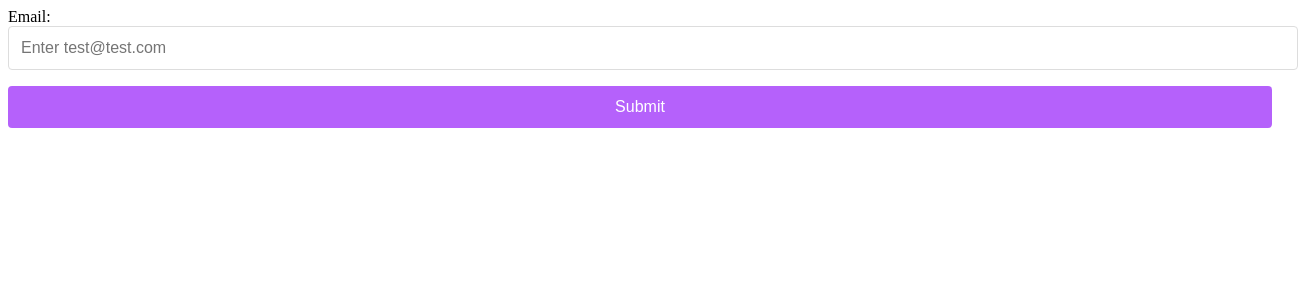
Repository: honexly/melbert-loginapp
Page: /
An editor plug-in stored every save of this project. The page is shown before and after the next save, followed by the edit.
The browser window is 1280 px wide. The page is 1298 px wide, then 1294 px, so the pictures cover 1298 px, including what lies to the right of the window. The pictures show the whole page.
The project was rebuilt for these pictures with package versions that can differ from the ones it lists, and the page was loaded fresh each time. Also part of the build but not shown: vue.config.js, src/pages/LoginPage.vue.

Above is the page before, as saved 2024-12-09 13:58:41.

### src/main.js
import Vue from 'vue'
import App from './App.vue'
import router from './route'

Vue.config.productionTip = false

new Vue({
  router,
  render: h => h(App),
}).$mount('#app')

### src/App.vue
<template>
  <div id="app">
    <form @submit.prevent="submitForm" class="email-form">
      <!-- Email Input -->
      <div class="form-group">
        <label for="email">Email:</label>
        <input
          type="email"
          id="email"
          v-model="email"
          placeholder="Enter test@test.com"
          class="input"
          :class="{ 'input-error': !isValidEmail && emailTouched }"
          @blur="emailTouched = true"
        />
        <p v-if="emailTouched && !isValidEmail" class="error-text">
          Please enter "test@test.com"
        </p>
      </div>

      <!-- Submit Button -->
      <button type="submit" :disabled="!isValidEmail" class="btn">
        Submit
      </button>
    </form>
  </div>
</template>
<script>
export default {
  data() {
    return {
      email: "",
      password: "",
      emailTouched: false, // Track whether the email input has been touched
      passwordTouched: false, // Track whether the password input has been touched
    };
  },
  computed: {
    isValidEmail() {
      // Email validation: required, must contain "@" and "."
      return /^[\w._%+-]+@[a-zA-Z0-9.-]+\.[a-zA-Z]{2,}$/.test(this.email);
    },
    isValidPassword() {
      // Password validation: required, minimum 8 characters
      return this.password.length >= 8;
    },
  },
  methods: {
    submitForm() {
      if (this.isValidEmail && this.isValidPassword) {
        alert("Form submitted!");
        // Handle form submission logic here (e.g., send data to server)
      }
    },
  },
};
</script>
<style scoped>
/* General Page Styling */
.form-wrapper {
  display: flex;
  justify-content: center;
  align-items: center;
  min-height: 100vh;
}

/* Card Styling */
.form-card {
  background: #fff;
  padding: 2rem;
  background-image: url('@/assets/background-img.jpg');
  border-radius: 8px;
  box-shadow: 0 4px 10px rgba(0, 0, 0, 0.1);
  text-align: center;
  max-width: 400px;
  width: 100%;
}

/* Header */
.header .logo {
  font-size: 1.5rem;
  color: #a640fad3;
  margin-bottom: 0.5rem;
  font-weight: bold;
  font-family: 'Trebuchet MS', 'Lucida Sans Unicode', 'Lucida Grande', 'Lucida Sans', Arial, sans-serif;
}

.header .subtitle {
  font-size: 1rem;
  color: #ffffff;
  margin-bottom: 1.5rem;
  font-family: 'Trebuchet MS', 'Lucida Sans Unicode', 'Lucida Grande', 'Lucida Sans', Arial, sans-serif;
}

/* Input Fields */
.input {
  width: 100%;
  padding: 0.75rem;
  margin-bottom: 1rem;
  border: 1px solid #ddd;
  border-radius: 4px;
  font-size: 1rem;
}

.input:focus {
  outline: none;
  border-color: #6c63ff;
}

/* Error styling */
.input-error {
  border-color: red;
}

.error-text {
  font-size: 0.875rem;
  color: red;
  margin-top: 0.5rem;
}

/* Links */
.links {
  text-align: right;
  margin-bottom: 1rem;
}

.forgot-password {
  font-size: 0.875rem;
  color: #ffffff;
  text-decoration: none;
  font-family: 'Trebuchet MS', 'Lucida Sans Unicode', 'Lucida Grande', 'Lucida Sans', Arial, sans-serif;
}

.forgot-password:hover {
  text-decoration: underline;
}

/* Submit Button */
.btn {
  width: 100%;
  padding: 0.75rem;
  background: #a640fad3;
  color: #fff;
  border: none;
  border-radius: 4px;
  font-size: 1rem;
  cursor: pointer;
}

.btn:disabled {
  background: #a640fad3;
  cursor: not-allowed;
}

/* Signup Link */
.signup-link {
  margin-top: 1rem;
  font-size: 0.875rem;
  color: #555;
  font-family: 'Trebuchet MS', 'Lucida Sans Unicode', 'Lucida Grande', 'Lucida Sans', Arial, sans-serif;
}

.create-account {
  color: #6c63ff;
  text-decoration: none;
  font-family: 'Trebuchet MS', 'Lucida Sans Unicode', 'Lucida Grande', 'Lucida Sans', Arial, sans-serif;
}

.create-account:hover {
  text-decoration: underline;
}
</style>

### src/route.js
import Vue from 'vue';
import VueRouter from 'vue-router';
import LoginPage from '@/pages/LoginPage.vue';


Vue.use(VueRouter);

/* eslint-disable no-unused-vars */
const routes = [
  {
    path: '/',
    name: 'Login',
    component: LoginPage,
  },

];
/* eslint-enable no-unused-vars */

const router = new VueRouter({
  mode: 'history',
  base: process.env.BASE_URL,
  routes
});
export default router;

Loaded but not shown: public/index.html (common file)

After the next save:
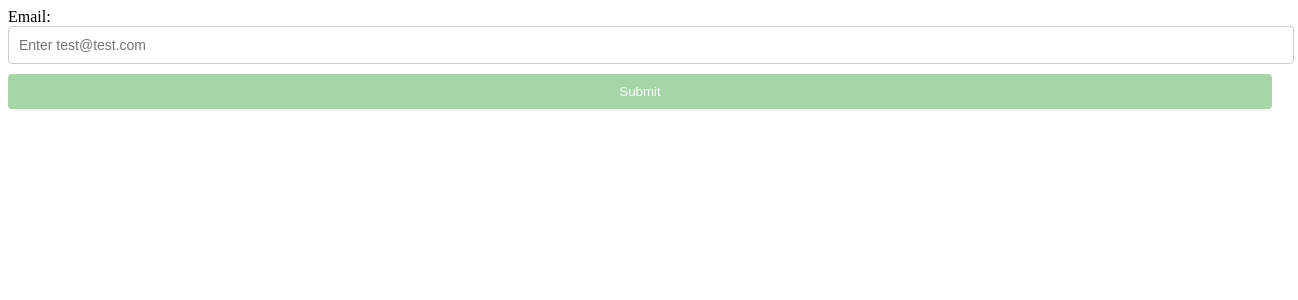
Saved 26 s later.
--- a/src/App.vue
+++ b/src/App.vue
@@ -56,117 +56,51 @@
 };
 </script>
 <style scoped>
-/* General Page Styling */
-.form-wrapper {
-  display: flex;
-  justify-content: center;
-  align-items: center;
-  min-height: 100vh;
+<style scoped>
+/* General Styling */
+.email-form {
+  width: 300px;
+  margin: 50px auto;
+  padding: 20px;
+  background-color: #f7f7f9;
+  border-radius: 8px;
+  box-shadow: 0 4px 10px rgba(0, 0, 0, 0.1);
 }
 
-/* Card Styling */
-.form-card {
-  background: #fff;
-  padding: 2rem;
-  background-image: url('@/assets/background-img.jpg');
-  border-radius: 8px;
-  box-shadow: 0 4px 10px rgba(0, 0, 0, 0.1);
-  text-align: center;
-  max-width: 400px;
+/* Input Styling */
+.input {
   width: 100%;
+  padding: 10px;
+  margin-bottom: 10px;
+  border: 1px solid #ccc;
+  border-radius: 4px;
+  font-size: 14px;
 }
 
-/* Header */
-.header .logo {
-  font-size: 1.5rem;
-  color: #a640fad3;
-  margin-bottom: 0.5rem;
-  font-weight: bold;
-  font-family: 'Trebuchet MS', 'Lucida Sans Unicode', 'Lucida Grande', 'Lucida Sans', Arial, sans-serif;
-}
-
-.header .subtitle {
-  font-size: 1rem;
-  color: #ffffff;
-  margin-bottom: 1.5rem;
-  font-family: 'Trebuchet MS', 'Lucida Sans Unicode', 'Lucida Grande', 'Lucida Sans', Arial, sans-serif;
-}
-
-/* Input Fields */
-.input {
-  width: 100%;
-  padding: 0.75rem;
-  margin-bottom: 1rem;
-  border: 1px solid #ddd;
-  border-radius: 4px;
-  font-size: 1rem;
-}
-
-.input:focus {
-  outline: none;
-  border-color: #6c63ff;
-}
-
-/* Error styling */
 .input-error {
   border-color: red;
 }
 
 .error-text {
-  font-size: 0.875rem;
   color: red;
-  margin-top: 0.5rem;
-}
-
-/* Links */
-.links {
-  text-align: right;
-  margin-bottom: 1rem;
-}
-
-.forgot-password {
-  font-size: 0.875rem;
-  color: #ffffff;
-  text-decoration: none;
-  font-family: 'Trebuchet MS', 'Lucida Sans Unicode', 'Lucida Grande', 'Lucida Sans', Arial, sans-serif;
-}
-
-.forgot-password:hover {
-  text-decoration: underline;
+  font-size: 12px;
+  margin-top: -8px;
+  margin-bottom: 10px;
 }
 
 /* Submit Button */
 .btn {
   width: 100%;
-  padding: 0.75rem;
-  background: #a640fad3;
-  color: #fff;
+  padding: 10px;
+  background-color: #4caf50;
+  color: white;
   border: none;
   border-radius: 4px;
-  font-size: 1rem;
   cursor: pointer;
 }
 
 .btn:disabled {
-  background: #a640fad3;
+  background-color: #a5d6a7;
   cursor: not-allowed;
 }
-
-/* Signup Link */
-.signup-link {
-  margin-top: 1rem;
-  font-size: 0.875rem;
-  color: #555;
-  font-family: 'Trebuchet MS', 'Lucida Sans Unicode', 'Lucida Grande', 'Lucida Sans', Arial, sans-serif;
-}
-
-.create-account {
-  color: #6c63ff;
-  text-decoration: none;
-  font-family: 'Trebuchet MS', 'Lucida Sans Unicode', 'Lucida Grande', 'Lucida Sans', Arial, sans-serif;
-}
-
-.create-account:hover {
-  text-decoration: underline;
-}
 </style>
